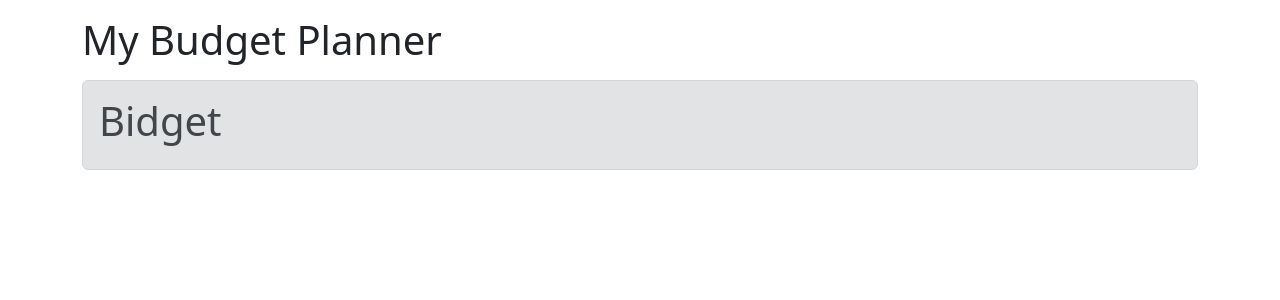
Repository: OmniaRafat232111121/budgetapp
Page: /
The author's editor kept a copy of each file at every save. The page is drawn from the files as they stood at one save, then again after a run of saves.
The browser window is 1280 px wide. The pictures show the whole page.
The project was rebuilt for these pictures with package versions that can differ from the ones it lists, and the page was loaded fresh each time.

Above is the page before, as saved 2022-10-07 21:38:07.

### src/App.js
import React from 'react';
import 'bootstrap/dist/css/bootstrap.min.css';
import Budget from './components/Budget';

function App() {
  return (
    <div className='container'>
    <h1 className='mt-3'>My Budget Planner</h1>
    <div className='row mt-3'>
    <div className='col-sm'>
    <Budget/>
    </div>
    </div>

    </div>
  );
}

export default App;

### src/components/Budget.jsx
import React from 'react'

const Budget = () => {
  return (
    <div className='alert alert-secondary'>
      <h1>Bidget</h1>
    </div>
  )
}

export default Budget

Loaded but not shown: public/index.html (common file); src/index.js (common file)

After the next 3 saves:
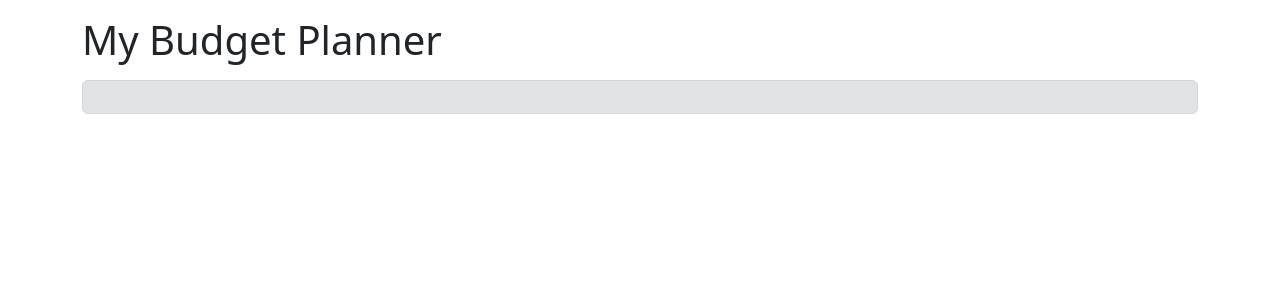
The 3 saves are shown as one change because they came seconds apart.
The last was saved 21 s later.
--- a/src/components/Budget.jsx
+++ b/src/components/Budget.jsx
@@ -3,7 +3,7 @@ import React from 'react'
 const Budget = () => {
   return (
     <div className='alert alert-secondary'>
-      <h1>Bidget</h1>
+      <span></span>
     </div>
   )
 }
